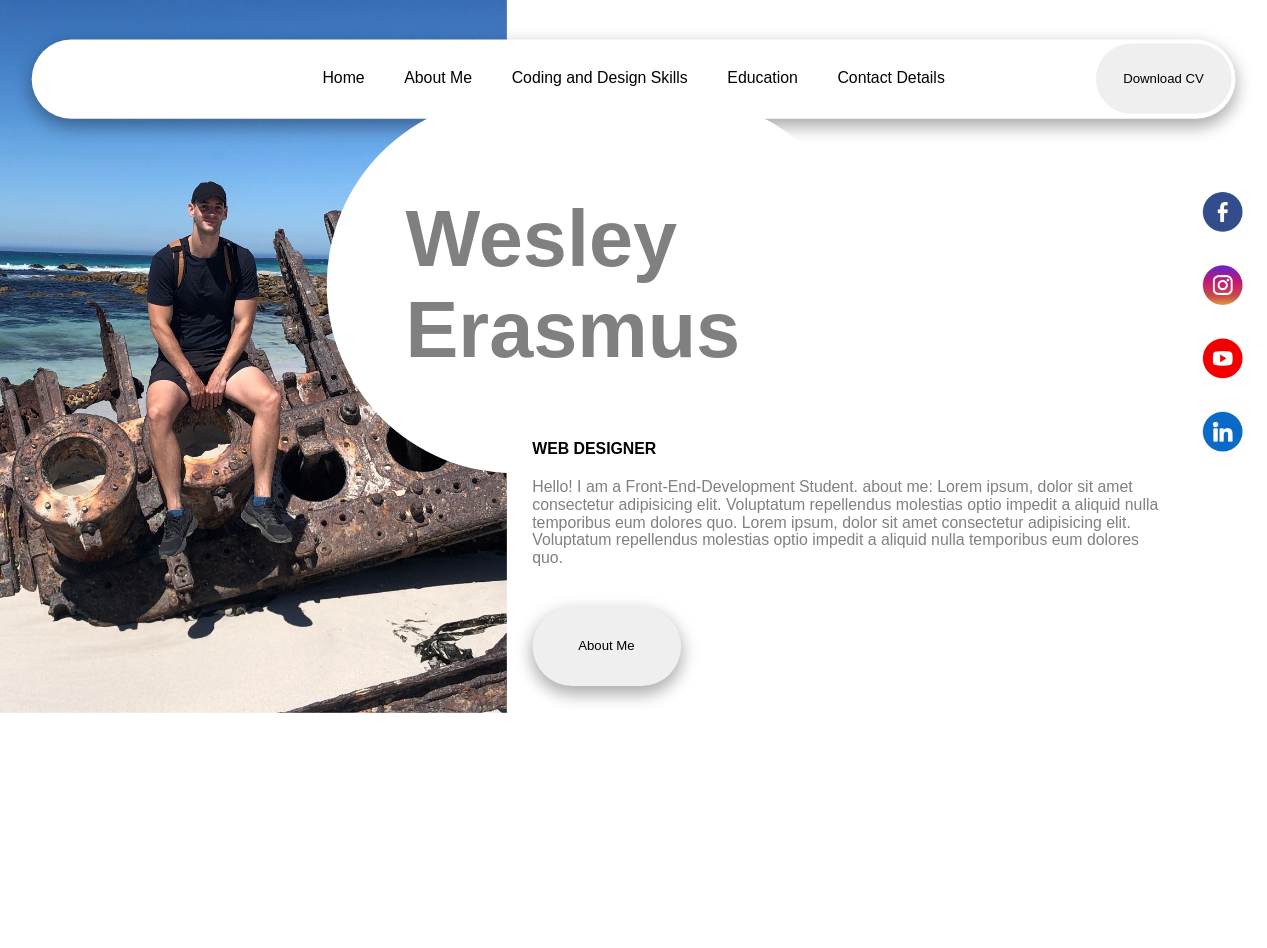
Repository: WesleyErasmus/MyDigitalResume-4
Page: index.html
These files come from the project's save history. The page is drawn as it stood at one moment and after the next save; the edit follows.
The browser window is 1280 px wide. The pictures show the whole page, at 99% of full size.

Above is the page before, as saved 2022-02-20 19:23:07.

### index.html
<!DOCTYPE html>
<html lang="en">
<head>
    <meta charset="UTF-8">
    <meta http-equiv="X-UA-Compatible" content="IE=edge">
    <meta name="viewport" content="width=device-width, initial-scale=1.0">
    <title>Wesley Erasmus Digital Resume 4 Project</title>
    <link rel="stylesheet" href="stylesheet.css">
</head>
<body>
    <header class="nav-menu-top">
        <ul class="top-nav-menu-buttons">
            <li><a href="/index.html" target="">Home</a></li>
                <li><a href="/about.html" target="">About Me</a></li>
                <li><a href="/codingSkills.html" target="">Coding and Design Skills</a></li>
                <li><a href="/education.html" target="">Education</a></li>
                <li><a href="/contact.html" target="">Contact Details</a></li>
        </ul>
        <button id="download-cv">Download CV</button>
    </header>

    <aside class="self-portrait"></aside>
    <nav class="social-media-links">
        <ul class="social-media-links">
            <li><a href="https://www.facebook.com/codespaceza"><img src="/icons/facebook.png" alt="Facebook" width="40px" height="40px"></a></li>
            <li><a href="https://www.instagram.com/codespaceza/"><img src="icons/instagram.png" alt="Instagram" width="40px" height="40px"></a></li>
            <li><a href="https://www.youtube.com/channel/UCfmXJliguiwBv2QlRzWdrxA"><img src="icons/youtube.png" alt="YouTube" width="40px" height="40px"></a></li>
            <li><a href="https://www.linkedin.com/school/codespaceza/"><img src="icons/linkedin.png" alt="LinkedIn" width="40px" height="40px"></a></li>
        </ul>
        <!-- Here's a link  where you can find free icons : https://www.flaticon.com/premium-icon/twitter_4494477?related_id=4494465&origin=search -->
    </nav>
        <h1 class="name">
            <span class="name">
                Wesley
                <br>
                Erasmus
            </span>
        </h1>
     <article>
         <h4 ID="title">WEB DESIGNER</h4>
        <div class="about-me">
            <p>Hello! I am a Front-End-Development Student. about me: Lorem ipsum, dolor sit amet consectetur adipisicing elit. Voluptatum repellendus molestias optio impedit a aliquid nulla temporibus eum dolores quo. Lorem ipsum, dolor sit amet consectetur adipisicing elit. Voluptatum repellendus molestias optio impedit a aliquid nulla temporibus eum dolores quo.</p>
        </div>
        <button class="next-page">
            <a href="/about.html" target="">About Me</a>
        </button>
    </article>


</body>
</html>

### stylesheet.css
* {
    font-family: Arial, Helvetica, sans-serif;
    margin: 0;
    padding: 0;
}
body {
    background-color: #fff;
    overflow:hidden;
}
header.nav-menu-top {
    position: relative;
    /* Positions explained in below link: https://developer.mozilla.org/en-US/docs/Web/CSS/position */
    text-align: center;
    margin: 0 auto;
    /* Margin: 0 auto can be used to center an object horizontally  */
    width: 95%;
    height: 80px;
    border-radius: 50px;
    margin-top: 40px;
    background-color: #fff;
    box-shadow: 0 8px 16px 0 rgba(0, 0, 0, 0.2), 0 6px 20px 0 rgba(0, 0, 0, 0.19);
}
ul.top-nav-menu-buttons{
    display: flex;
    justify-content: center;
    /* Positions explained in below link: https://css-tricks.com/snippets/css/a-guide-to-flexbox/ */
    padding: 30px;
}
.top-nav-menu-buttons li {
    margin: 0 20px 0 20px;
    list-style-type: none;
    text-align: center;
}
button#download-cv {
    position: relative;
    float: right;
    top: -74px;
    right: 4px;
    padding: 28px;
    border-radius: 50px;
    border: NONE;
}
aside.self-portrait {
    z-index: -1;
    /* z-index explained in below link:
     https://developer.mozilla.org/en-US/docs/Web/CSS/z-index */
    position: absolute;
    top: 0;
    left: 0;
    height: 100%;
    width: 40%;
    background-image: url(/backgroundImage/IMG_0967.jpg);
    background-repeat: no-repeat;
    background-size: cover;
    /* Full page / container background-images explained: https://css-tricks.com/perfect-full-page-background-image/ */
}
nav.social-media-links {
    position: absolute;
    height: 390px;
    width: 50px;
    float: right;
    top: 20vh;
    right: 20px;
    border-radius: 0 15px 15px 0;
}
ul.social-media-links{
    padding: 50px 5px 5px 5px;
    text-align: center;
    display: flex;
    flex-direction: column;

}
.social-media-links li{
    margin-bottom: 30px;
    list-style-type: none;
}
.social-media-links img:hover {

}
h1.name {
    color: grey;
    background-color: #fff;
    margin: 0 auto;
    width: 30vw;
    height: 300px;
    margin: 0;
    position: absolute;
    top: 40%;
    left: 47vw;
    transform: translate(-50%, -50%);
    /* Used to centre my .name container. Explained in below link: https://css-tricks.com/centering-percentage-widthheight-elements/ */
    padding: 40px 80px 40px 80px;
    font-size: 80px;
    border-radius: 200px;
}
span {
    position: absolute;
    top: 50%;
    transform: translate(-0%, -50%);
}
article {
    width: 50%;
    left: 41%;
    position: absolute;
    height: 500px;
    top: 60vh;
    padding: 1%;
}
h4#title {
    margin-bottom: 20px;
}
.about-me p {
    color: gray;
}
button.next-page {
    margin-top: 40px;
    width: 150px ;
    height: 80px ;
    border-radius: 50px;
    border: none;
    box-shadow: 0 8px 16px 0 rgba(0, 0, 0, 0.2), 0 6px 20px 0 rgba(0, 0, 0, 0.19);
}
a:link {
    color: black;
    text-decoration: none;
}
a:visited {
    color: black;
}
a:hover {
    color: gray;
}

After the next save:
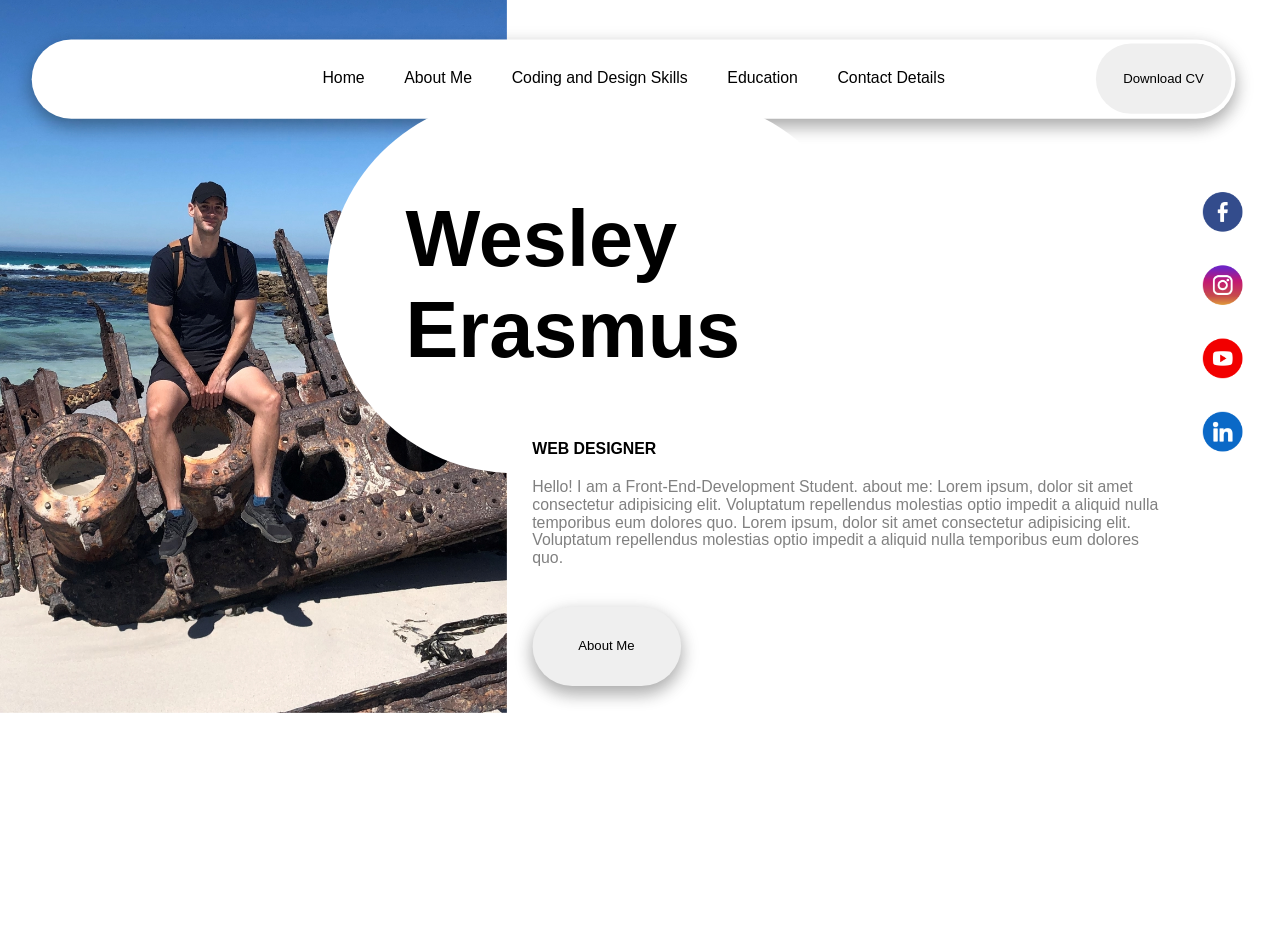
Saved 81 s later.
--- a/stylesheet.css
+++ b/stylesheet.css
@@ -78,7 +78,7 @@
 
 }
 h1.name {
-    color: grey;
+    color: ;
     background-color: #fff;
     margin: 0 auto;
     width: 30vw;

After the save that followed:
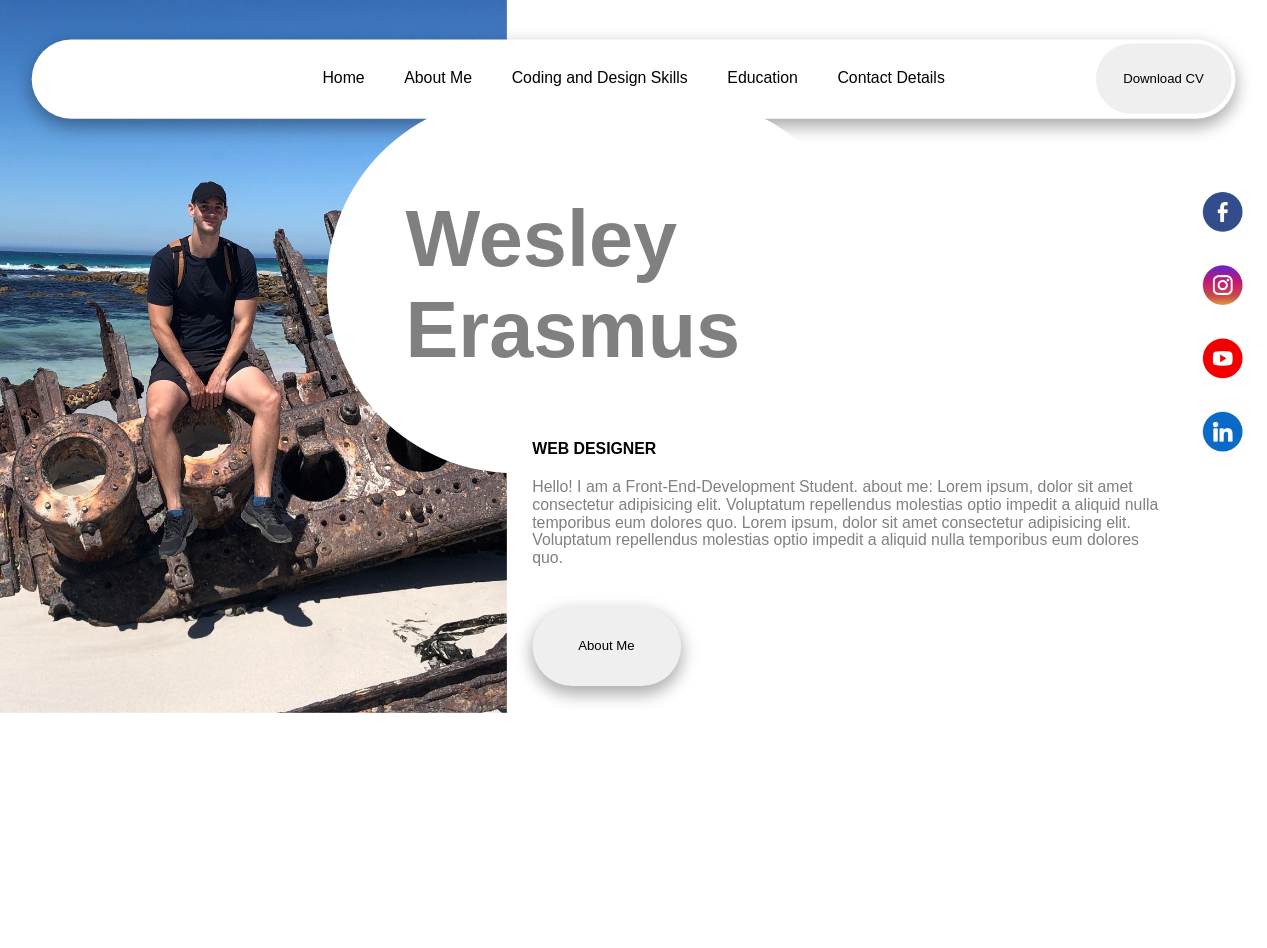
Saved 5 s later.
--- a/stylesheet.css
+++ b/stylesheet.css
@@ -78,7 +78,7 @@
 
 }
 h1.name {
-    color: ;
+    color: grey;
     background-color: #fff;
     margin: 0 auto;
     width: 30vw;
